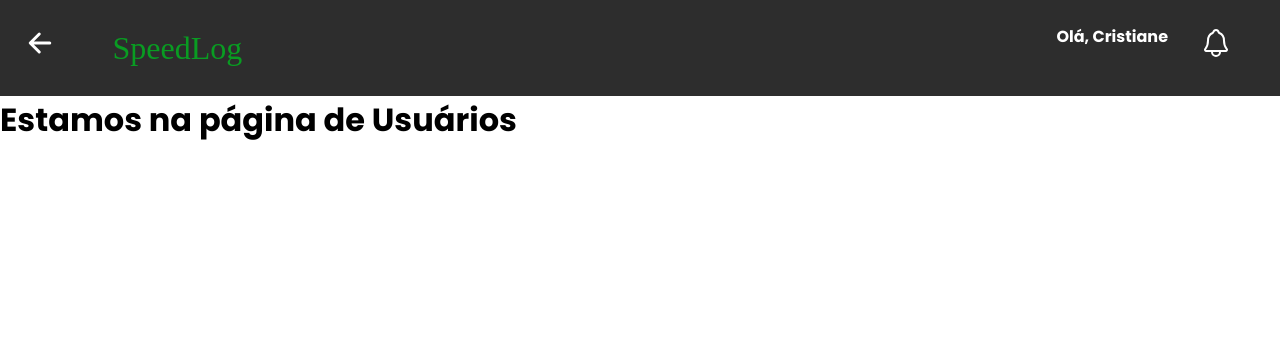
Repository: crisholiveira/speedlog
Page: http://localhost/usuarios/
An editor plug-in stored every save of this project. The page is shown before and after the next save, followed by the edit.
The browser window is 1280 px wide. The pictures show the whole page.
Some web fonts or font styles are not loaded; a fallback is used. The page is served by the project's Node server (app.js).

Above is the page before, as saved 2022-01-23 18:09:50.

After the next save:
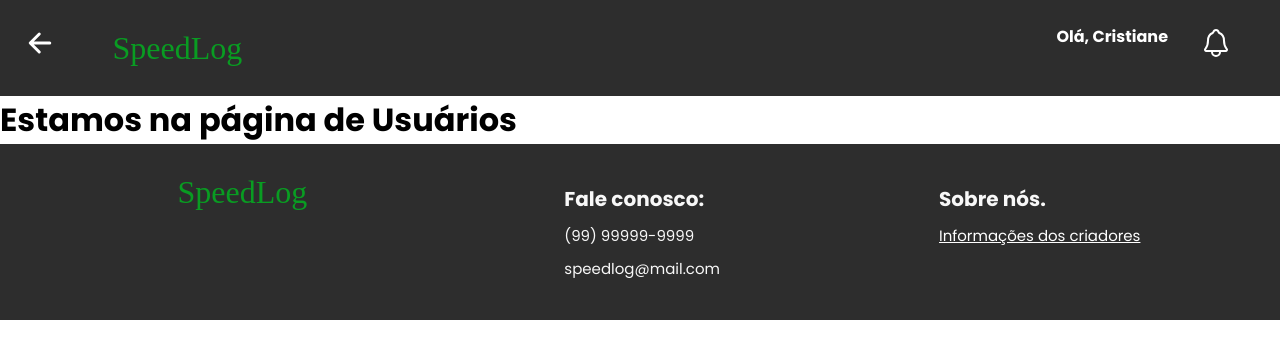
Saved 71 s later.
--- a/views/usuarios.ejs
+++ b/views/usuarios.ejs
@@ -2,3 +2,5 @@
 <body>
     <h1>Estamos na página de Usuários</h1>
 </body>
+
+<%- include('./partials/footer.ejs') %>

After the save that followed:
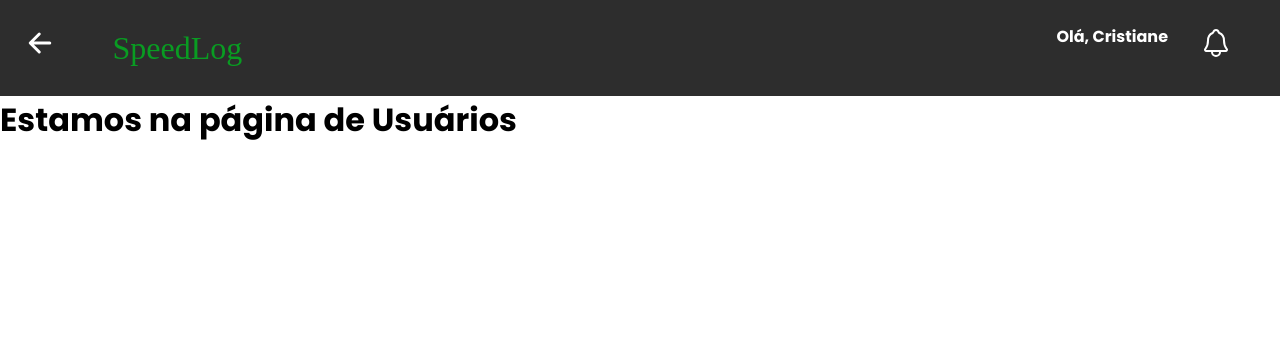
Saved 33 s later.
--- a/views/usuarios.ejs
+++ b/views/usuarios.ejs
@@ -2,5 +2,3 @@
 <body>
     <h1>Estamos na página de Usuários</h1>
 </body>
-
-<%- include('./partials/footer.ejs') %>
